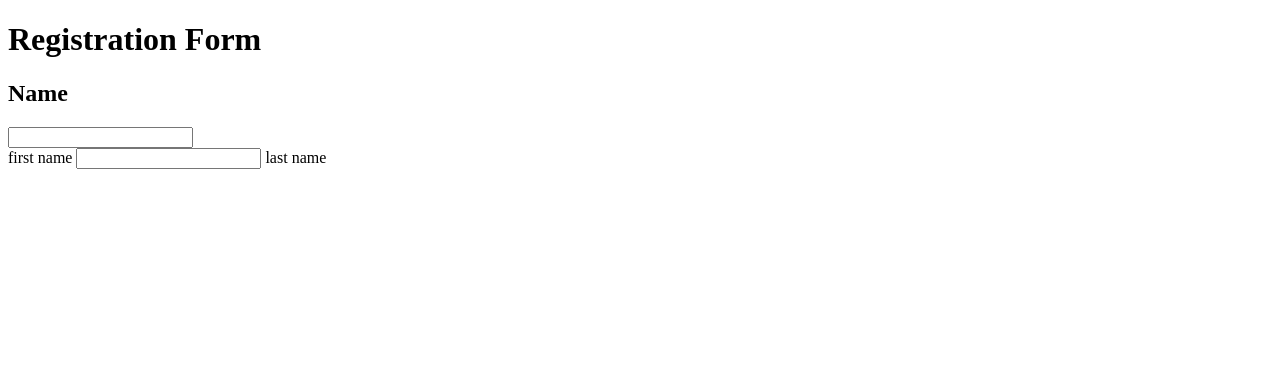
Repository: sudeepa88/Registration-Form
Page: registration.html
These files come from the project's save history. The page is drawn as it stood at one moment and after the next save; the edit follows.
The browser window is 1280 px wide. The pictures show the whole page.

Above is the page before, as saved 2022-01-11 21:28:56.

### registration.html
<!DOCTYPE html>
<html lang="en">
<head>
    <meta charset="UTF-8">
    <meta http-equiv="X-UA-Compatible" content="IE=edge">
    <meta name="viewport" content="width=device-width, initial-scale=1.0">
    <title>Document</title>
</head>
<body>
    <div class="regform"><h1>Registration Form </h1></div>

    <div class="mane">
        <form>
             <div id="name">
                 <h2 class="name">Name</h2>
                 <input class ="firstname" type="rext" name="first_name"><br>
                 <label class="firstlabel">first name</label>
                 <input class="lastname" type="text" name="last_name">
                 <label class="lastlabel">last name</label>


             </div>
        </form>
    </div>
</body>
</html>

After the next save:
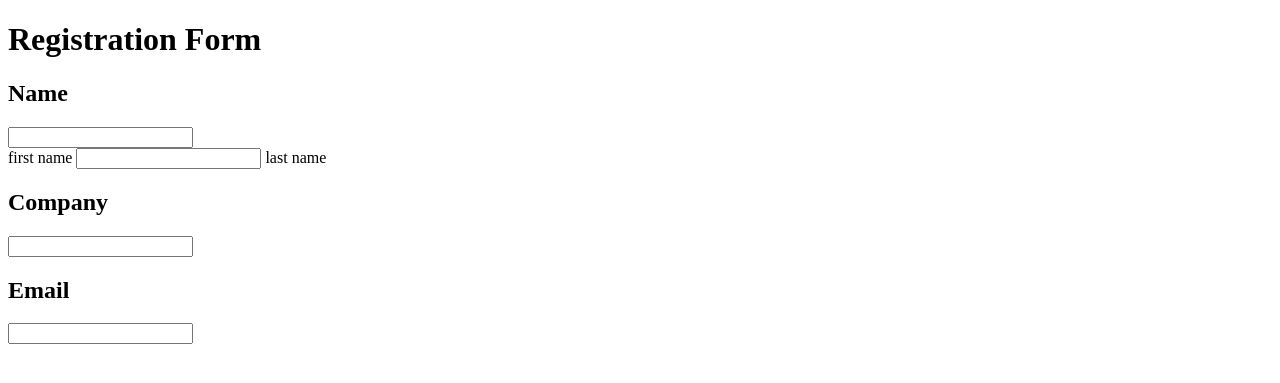
Saved 4 min 10 s later.
--- a/registration.html
+++ b/registration.html
@@ -20,6 +20,13 @@
 
 
              </div>
+             <h2 class="name">Company</h2>
+             <input class="company" type="text" name="company">
+
+             <h2 class="name">Email</h2>
+             <input class="email" type="text" name="email">
+
+             <h2></h2>
         </form>
     </div>
 </body>
